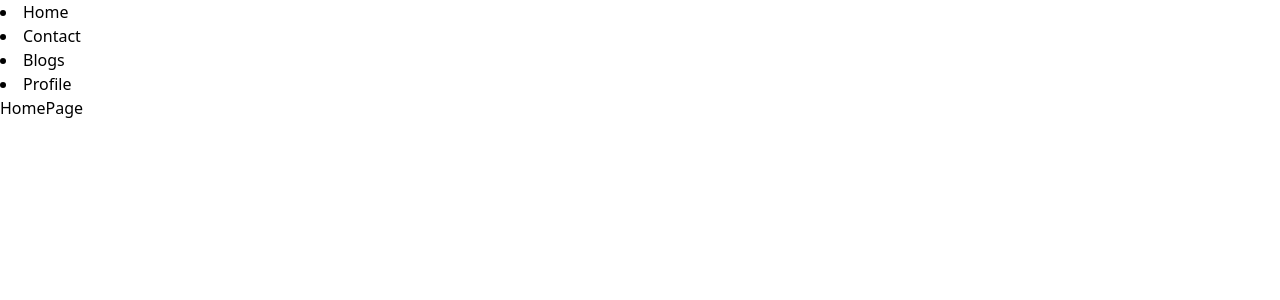
Repository: Marhamat92/reactrouterv6
Page: /
These files come from the project's save history. The page is drawn as it stood at one moment and after the next save; the edit follows.
The browser window is 1280 px wide. The pictures show the whole page.
The project was rebuilt for these pictures with package versions that can differ from the ones it lists, and the page was loaded fresh each time. Also part of the build but not shown: src/pages/BlogPage/Post.js, src/pages/Profile/ProfilePage.js, src/pages/BlogPage/index.js, src/pages/BlogPage/ErrorPage.js, src/components/PrivateRoute.js, src/pages/Auth/AuthLayout.js, src/pages/Auth/LoginPage.js, src/App.js. Imported but missing from the stored project, and not drawn on this page: src/pages/BlogPage/Blog, src/pages/BlogPage/Categories, src/pages/ContactPage/ContactPage.

Above is the page before, as saved 2022-12-28 21:40:48.

### src/index.js
import React from 'react';
import ReactDOM from 'react-dom/client';
import './index.css';
import App from './App';
import reportWebVitals from './reportWebVitals';
import { BrowserRouter } from 'react-router-dom';
import AuthProvider from './context/AuthContext';


const root = ReactDOM.createRoot(document.getElementById('root'));
root.render(

  <BrowserRouter>
    <AuthProvider>
      <App />
    </AuthProvider>
  </BrowserRouter>

);

// If you want to start measuring performance in your app, pass a function
// to log results (for example: reportWebVitals(console.log))
// or send to an analytics endpoint. Learn more: https://bit.ly/CRA-vitals
reportWebVitals();

### src/context/AuthContext.js
import { createContext, useContext, useEffect, useState } from "react";

const context = createContext();

export const useAuth = () => {
  return useContext(context);
}

const AuthProvider = ({ children }) => {

  const [user, setUser] = useState(JSON.parse(localStorage.getItem('user')) || false);


  const data = {
    user,
    setUser
  }

  useEffect(() => {
    localStorage.setItem("user", JSON.stringify(user));
  }, [user])


  return (
    <context.Provider value={data}>
      {children}
    </context.Provider>
  )
}


export default AuthProvider

### src/routes.js
//!in this file we will define all the routes for our application with their respective components and layouts,and also we will define the nested routes here as children of the parent routes
import HomePage from './pages/HomePage/HomePage';
import ContactPage from './pages/ContactPage/ContactPage';
import Categories from './pages/BlogPage/Categories';
import Post from './pages/BlogPage/Post';
import Blog from './pages/BlogPage/Blog';
import ProfilePage from './pages/Profile/ProfilePage';
import BlogLayout from './pages/BlogPage';
import ErrorPage from './pages/BlogPage/ErrorPage'; //! we use this under blog pages to show error page
import GeneralErrorPage from './pages/GeneralErrorPage'; //!we use this to show error page for all pages
import PrivateRoute from './components/PrivateRoute';
import AuthLayout from './pages/Auth/AuthLayout';
import LoginPage from './pages/Auth/LoginPage';
import GeneralLayout from './pages/GeneralLayout';


const routes = [
  {
    path: '/',
    element: <GeneralLayout />,
    auth: true,
    children: [
      { index: true, element: <HomePage /> },
      { path: 'contact', element: <ContactPage /> },
      {
        path: 'blog', element: <BlogLayout />,
        auth: true,
        children: [
          { index: true, element: <Blog /> },
          { path: 'categories', element: <Categories /> },
          { path: 'post/:url/:id', element: <Post /> },
          { path: '*', element: <ErrorPage /> },
        ]
      },
      {
        path: 'profile',
        element: <ProfilePage />,
        auth: true
      },
      {
        path: '*',
        element: <GeneralErrorPage />
      }
    ],
  },
  {
    path: '/auth',
    element: <AuthLayout />,
    children: [
      { index: true, element: <LoginPage /> },
      { path: 'login', element: <LoginPage /> },
    ]
  },
  {
    path: '*',
    element: <GeneralErrorPage />
  }
];


const authMap = routes => routes.map(route => {
  if (route?.auth) {
    <PrivateRoute>
      {route.element}
    </PrivateRoute>
  }
  if (route?.children) {
    route.children = authMap(route.children)
  }
  return route

})



export default authMap(routes);

### src/pages/HomePage/HomePage.js
import React from 'react'

function HomePage() {
  return (
    <div>HomePage</div>
  )
}

export default HomePage

### src/pages/GeneralLayout.js
import React from 'react'
import { NavLink, Outlet } from 'react-router-dom'

function GeneralLayout() {
  return (
    <>
      <div className='col-span-1'>
        <nav>
          <li>
            <NavLink to="/" end>Home</NavLink>
          </li>
          <li>
            <NavLink to="contact">Contact</NavLink>
          </li>
          <li>
            <NavLink to="blog">Blogs</NavLink>
          </li>
          <li>
            <NavLink to="profile">Profile</NavLink>
          </li>
        </nav>
      </div>
      <Outlet />
    </>
  )
}

export default GeneralLayout

### src/pages/GeneralErrorPage.js
import React from 'react'

function GeneralErrorPage() {
  return (
    <div>
      <h1 className='text-5xl text-red-500 font-bold text-center'>
        Page is not found
      </h1>

    </div>
  )
}

export default GeneralErrorPage

Loaded but not shown: public/index.html (common file); src/index.css (common file); src/reportWebVitals.js (common file); tailwind.config.js (common file)

After the next save:
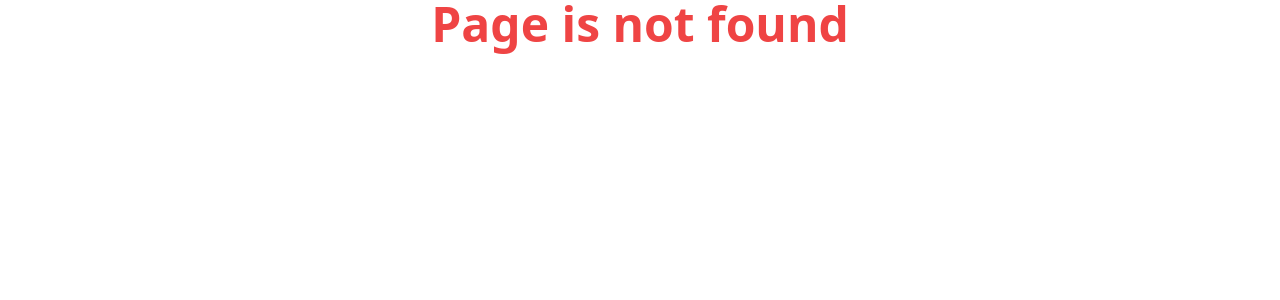
Saved 2 min 5 s later.
--- a/src/routes.js
+++ b/src/routes.js
@@ -60,9 +60,9 @@
 
 const authMap = routes => routes.map(route => {
   if (route?.auth) {
-    <PrivateRoute>
+    return (<PrivateRoute>
       {route.element}
-    </PrivateRoute>
+    </PrivateRoute>)
   }
   if (route?.children) {
     route.children = authMap(route.children)

After the 6 saves that followed:
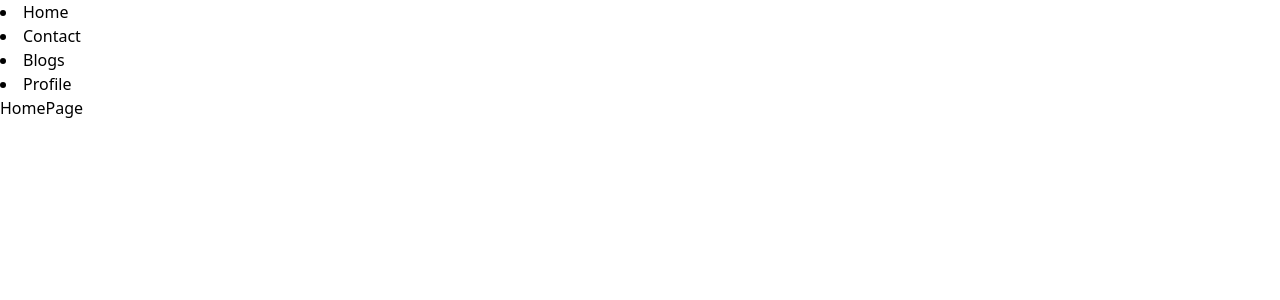
The 6 saves are shown as one change because 5 left the picture as it was.
The last was saved 113 s later.
--- a/src/routes.js
+++ b/src/routes.js
@@ -60,9 +60,9 @@
 
 const authMap = routes => routes.map(route => {
   if (route?.auth) {
-    return (<PrivateRoute>
+    <PrivateRoute>
       {route.element}
-    </PrivateRoute>)
+    </PrivateRoute>
   }
   if (route?.children) {
     route.children = authMap(route.children)
